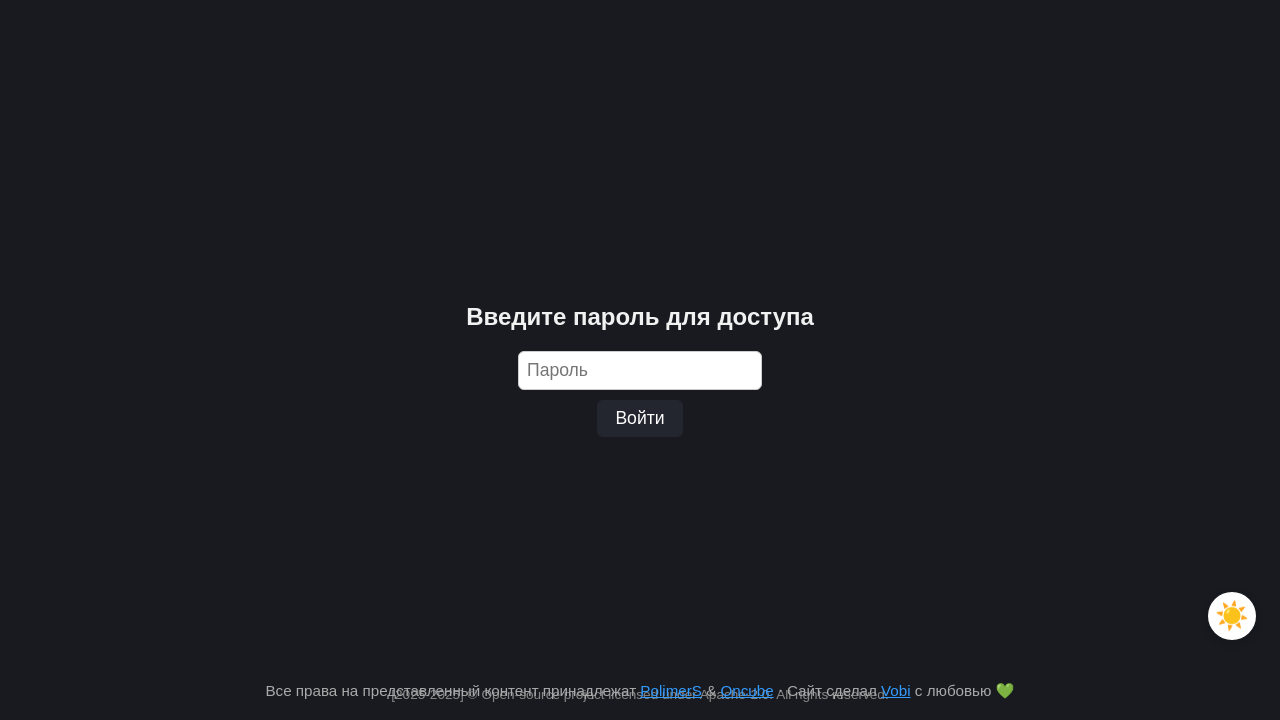
Repository: oncube-dev/OnCube-dev_website
Page: files_for_hosting/html_plus_js.version/index.html
An editor plug-in stored every save of this project. The page is shown before and after the next save, followed by the edit.
The browser window is 1280 px wide. The pictures show the whole page.
The page's requests for data from a server got no answer.

Above is the page before, as saved 2025-07-28 14:36:27.

After the next save:
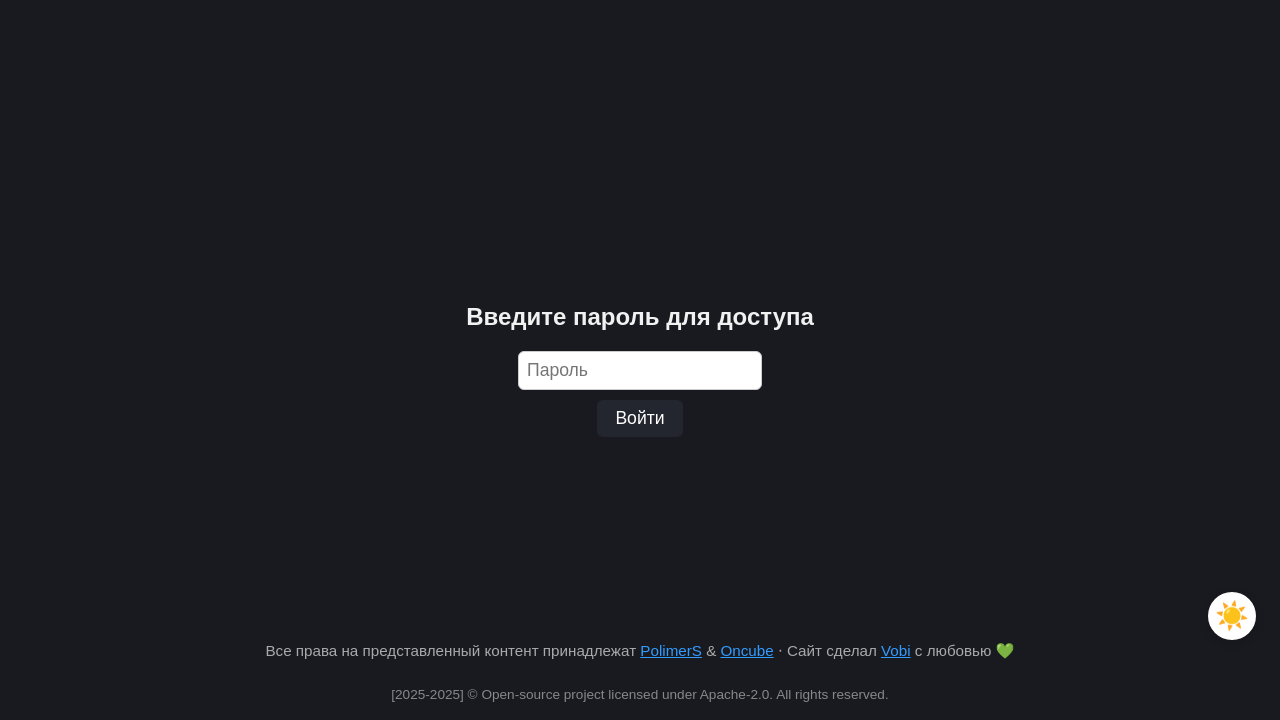
Saved 96 s later.
--- a/files_for_hosting/html_plus_js.version/index.html
+++ b/files_for_hosting/html_plus_js.version/index.html
@@ -21,7 +21,7 @@
             position: fixed;
             left: 0;
             right: 0;
-            bottom: 45cpx;
+            bottom: 60px;
             text-align: center;
             font-size: 0.95em;
             color: #888;
